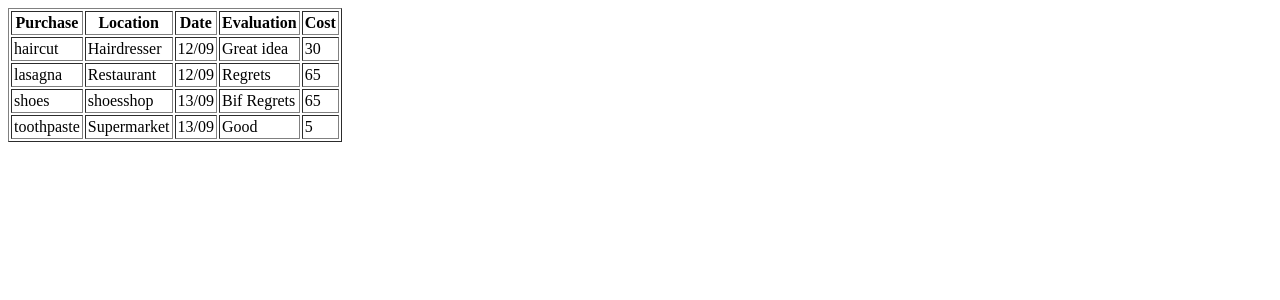
Repository: wakoya-tech/Node.js
Page: Desktop/Node-js/okey.html
The author's editor kept a copy of each file at every save. The page is drawn from the files as they stood at one save, then again after the next save.
The browser window is 1280 px wide. The pictures show the whole page.

Above is the page before, as saved 2025-11-13 11:48:56.

### Desktop/Node-js/okey.html
<!DOCTYPE html>
<html lang="en">
<head>
    <meta charset="UTF-8">
    <meta name="viewport" content="width=device-width, initial-scale=1.0">
    <title>Document</title>
</head>
<body>
    <table border="1" cellpadding="2">
      <tr>
        <th>Purchase</th> <th>Location</th><th>Date</th><th>Evaluation</th><th>Cost</th>
      </tr>
      <tr>
        <td> haircut</td>
        <td>Hairdresser</td>
        <td>12/09 </td>
        <td> Great idea </td>
        <td> 30</td>
      </tr>
      <tr>
        <td> lasagna</td>
        <td>Restaurant</td>
        <td>12/09 </td>
        <td> Regrets </td>
        <td> 65</td>
      </tr>
      <tr>
        <td> shoes</td>
        <td>shoesshop</td>
        <td>13/09 </td>
        <td>Bif Regrets </td>
        <td> 65</td>
      </tr>
      <tr>
        <td> toothpaste</td>
        <td>Supermarket</td>
        <td>13/09 </td>
        <td>Good</td>
        <td> 5</td>
      </tr>
    </table>
</body>
</html>

After the next save:
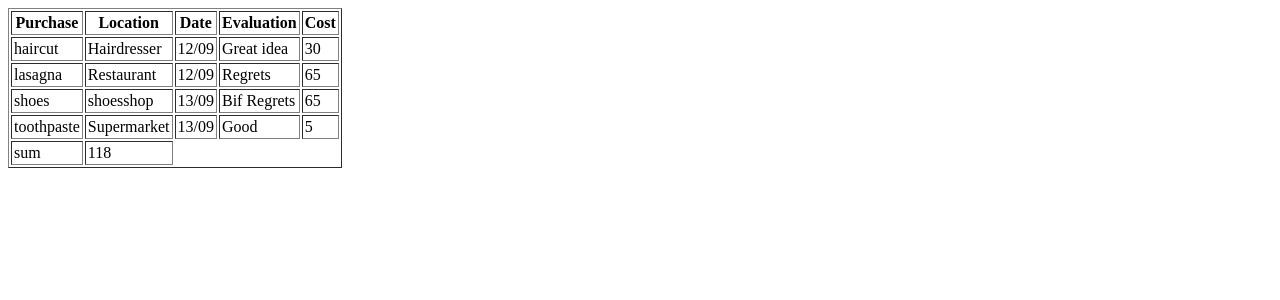
Saved 53 s later.
--- a/Desktop/Node-js/okey.html
+++ b/Desktop/Node-js/okey.html
@@ -38,6 +38,9 @@
         <td>Good</td>
         <td> 5</td>
       </tr>
+      <tr>
+       <td>sum</td> <td>118</td>
+      </tr>
     </table>
 </body>
 </html>
